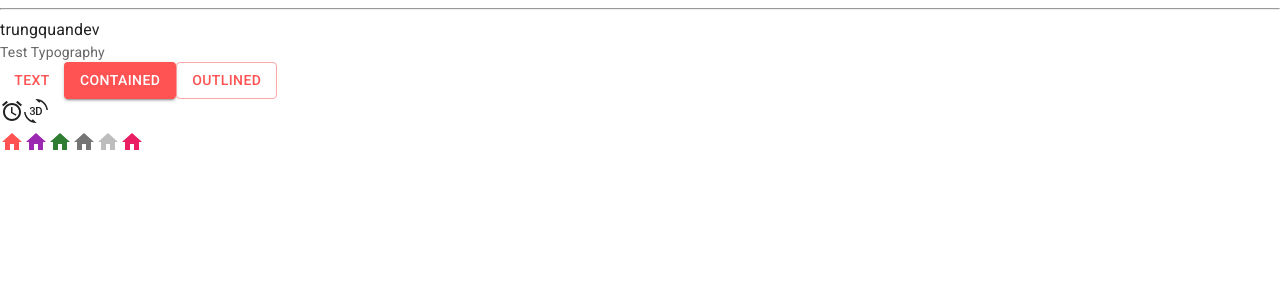
Repository: VoPhamKhanhTruong/trello-web
Page: /
These files come from the project's save history. The page is drawn as it stood at one moment and after the next save; the edit follows.
The browser window is 1280 px wide. The pictures show the whole page.
The project was rebuilt for these pictures with package versions that can differ from the ones it lists, and the page was loaded fresh each time. Also part of the build but not shown: vite.config.js.

Above is the page before, as saved 2024-08-07 14:42:24.

### src/main.jsx
import React from 'react'
import ReactDOM from 'react-dom/client'
import App from './App.jsx'
import CssBaseline from '@mui/material/CssBaseline'
import { Experimental_CssVarsProvider as CssVarsProvider } from '@mui/material/styles'
import { ThemeProvider } from '@mui/material/styles'
import theme from './theme'

ReactDOM.createRoot(document.getElementById('root')).render(
  <React.StrictMode>
    <CssVarsProvider theme={theme}>
      <CssBaseline />
      <App />
    </CssVarsProvider>
  </React.StrictMode>
)

### src/App.jsx
import Button from '@mui/material/Button'
import AccessAlarmIcon from '@mui/icons-material/AccessAlarm'
import ThreeDRotation from '@mui/icons-material/ThreeDRotation'
import HomeIcon from '@mui/icons-material/Home'
import { pink } from '@mui/material/colors'
import Typography from '@mui/material/Typography'
import {
  Experimental_CssVarsProvider as CssVarsProvider,
  experimental_extendTheme as extendTheme,
  useColorScheme,
} from '@mui/material/styles'

function ModeToggle() {
  const { mode, setMode } = useColorScheme();
  return (
    <Button
      onClick={() => {
        setMode(mode === 'light' ? 'dark' : 'light')
      }}
    >
      {mode === 'light' ? 'Turn dark' : 'Turn light'}
    </Button>
  )
}

function App() {
  return (
    <>
      <hr />
      <div>trungquandev</div>

      <Typography variant="body2" color="text.secondary">Test Typography</Typography>

      <Button variant="text">Text</Button>
      <Button variant="contained">Contained</Button>
      <Button variant="outlined">Outlined</Button>

      <br />

      <AccessAlarmIcon />
      <ThreeDRotation />

      <br />
      <HomeIcon color="primary" />
      <HomeIcon color="secondary" />
      <HomeIcon color="success" />
      <HomeIcon color="action" />
      <HomeIcon color="disabled" />
      <HomeIcon sx={{ color: pink[500] }} />
    </>
  )
}

export default App

### src/theme.js
import { createTheme } from '@mui/material/styles'
import { red } from '@mui/material/colors'
import { experimental_extendTheme as extendTheme } from '@mui/material/styles'

// Create a theme instance.
const theme = extendTheme({
  colorSchemes: {
    light: {
      palette: {
        primary: {
          main: '#ff5252'
        }
      }
    },
    dark: {
      palette: {
        primary: {
          main: '#000'
        }
      }
    }
  }
})

export default theme

Loaded but not shown: index.html (common file)

After the next save:
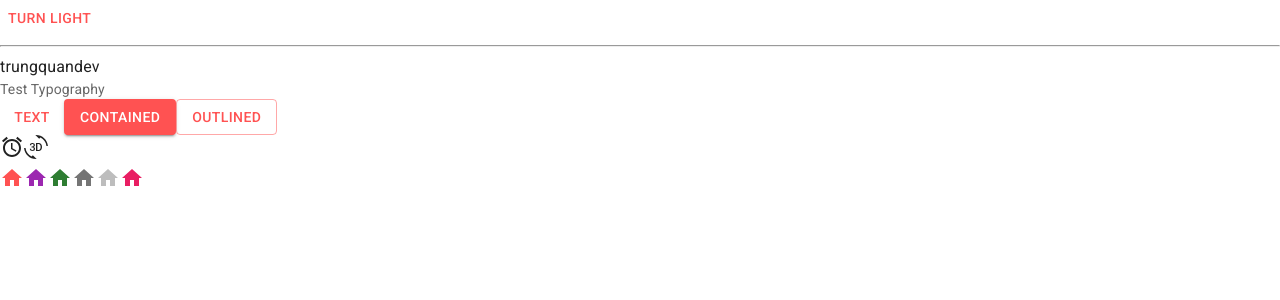
Saved 25 s later.
--- a/src/App.jsx
+++ b/src/App.jsx
@@ -26,6 +26,7 @@ function ModeToggle() {
 function App() {
   return (
     <>
+      <ModeToggle />
       <hr />
       <div>trungquandev</div>
 
